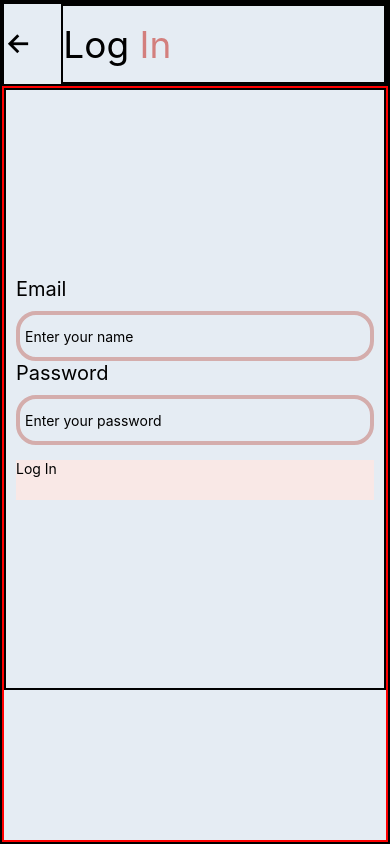
Repository: kgayathridevi/pregband
Screen: /Log
These files come from the project's save history. The screen is drawn as it stood at one moment and after the next save; the edit follows.
The app was drawn by React Native's web renderer in a window 390 px wide. The project was rebuilt for these pictures with package versions that can differ from the ones it lists, and the page was loaded fresh each time. Also part of the build but not shown: component/SignUpScreen.jsx, component/Home.jsx.

Above is the screen before, as saved 2023-04-28 15:13:11.

### App.js
import { NavigationContainer } from "@react-navigation/native";
import { createNativeStackNavigator } from "@react-navigation/native-stack";
import { StatusBar } from "expo-status-bar";
import { StyleSheet, Text, View } from "react-native";
import SignUpScreen from "./component/SignUpScreen";
import LogInScreen from "./component/LogInScreen";
import Home from "./component/Home";

const Stack = createNativeStackNavigator();
export default function App() {
  return (
    <NavigationContainer>
      <Stack.Navigator initialRouteName="Log">
        <Stack.Screen
          options={{ headerShown: false }}
          name="Log"
          component={LogInScreen}
        />
        <Stack.Screen name="Sign" component={SignUpScreen} />
        <Stack.Screen name="Home" component={Home} />
      </Stack.Navigator>
    </NavigationContainer>
  );
}

const styles = StyleSheet.create({
  // container: {
  //   flex: 1,
  //   backgroundColor: '#fff',
  //   alignItems: 'center',
  //   justifyContent: 'center',
  // },
});

### component/LogInScreen.jsx
import {
  Button,
  StyleSheet,
  Text,
  TextInput,
  TouchableOpacity,
  View,
} from "react-native";
import React from "react";
import { SafeAreaView } from "react-native-safe-area-context";
import Ionicons from "@expo/vector-icons/Ionicons";

const LogInScreen = ({ navigation }) => {
  return (
    <SafeAreaView style={styles.container}>
      <View style={styles.headerContainer}>
        <View style={styles.btnCont}>
          {/* <Text>back</Text> */}
          <Ionicons name="arrow-back" color="black" size={30} />
        </View>
        <View style={styles.titleContain}>
          <Text style={styles.textC}>Log</Text>
          <Text style={[styles.textC, styles.textC2]}> In</Text>
        </View>
      </View>
      <View style={styles.mainContainer}>
        <View style={styles.inputContainer}>
          <Text style={{ fontSize: 20 }}>Email</Text>
          <TextInput style={styles.textInp} placeholder="Enter your name" />

          <Text style={{ fontSize: 20 }}>Password</Text>
          <TextInput style={styles.textInp} placeholder="Enter your password" />

          <View style={{ marginTop: 15 }}>
            <TouchableOpacity style={styles.logBtn}>
              <Text>Log In</Text>
            </TouchableOpacity>
          </View>
        </View>
        <View></View>
      </View>
    </SafeAreaView>
  );
};

export default LogInScreen;

const styles = StyleSheet.create({
  container: {
    borderWidth: 2,
    height: "100%",
    backgroundColor: "#E5ECF3",
  },
  headerContainer: {
    borderWidth: 2,
    height: "10%",
    flexDirection: "row",
    justifyContent: "space-between",
  },
  titleContain: {
    borderWidth: 2,
    flexDirection: "row",
    width: "85%",
    alignItems: "center",
  },
  btnCont: {
    justifyContent: "center",
    // borderWidth: 2,
  },
  textC: {
    fontSize: 37,
  },
  textC2: {
    color: "#D37F7D",
  },

  mainContainer: {
    borderWidth: 2,
    height: "90%",
    borderColor: "red",
  },
  inputContainer: {
    borderWidth: 2,
    height: "80%",
    justifyContent: "center",
    padding: 10,
  },
  textInp: {
    borderWidth: 4,
    borderColor: "#D4ADAC",
    borderRadius: 20,
    height: 50,
    paddingHorizontal: 5,
    marginTop: 10,
  },
  logBtn: {
    backgroundColor: "#F9E8E6",
    height: 40,
  },
});

After the next save:
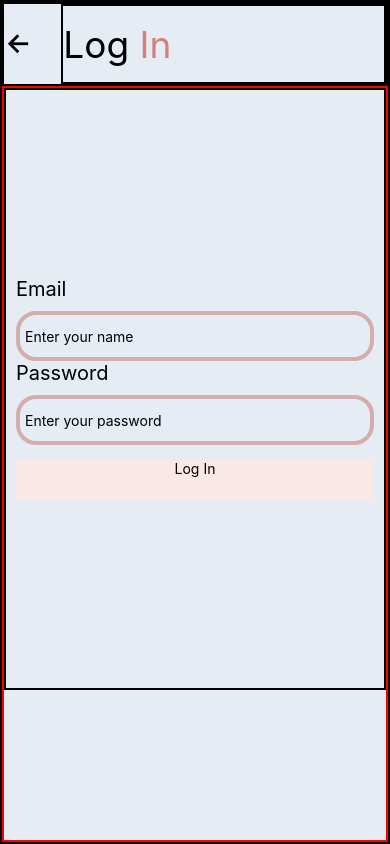
Saved 8 s later.
--- a/component/LogInScreen.jsx
+++ b/component/LogInScreen.jsx
@@ -96,5 +96,6 @@ const styles = StyleSheet.create({
   logBtn: {
     backgroundColor: "#F9E8E6",
     height: 40,
+    alignItems: "center",
   },
 });
